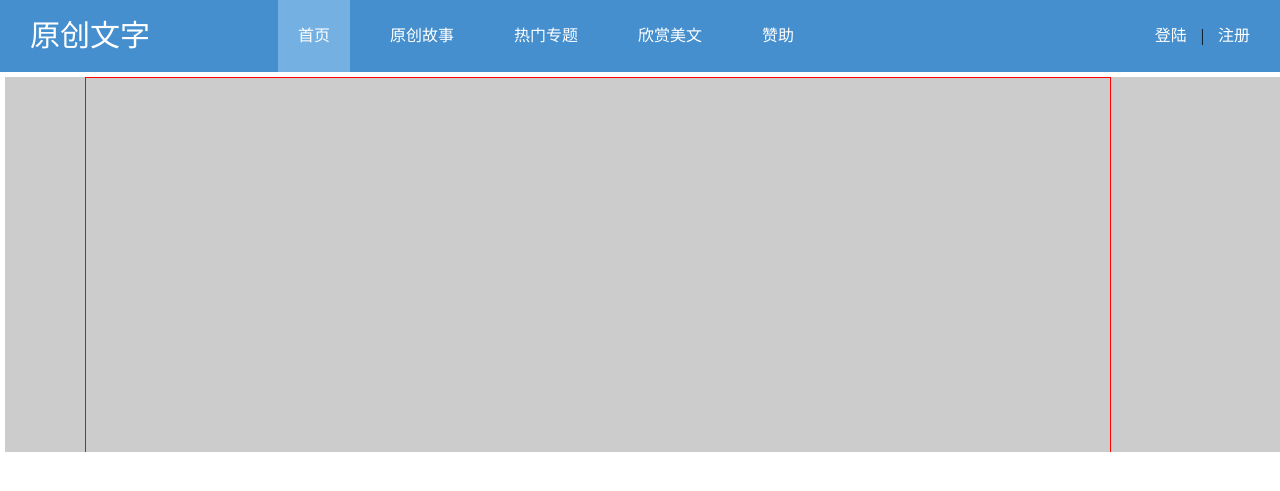
Repository: equation-zheng/Article
Page: http://localhost/Idles/index.jsp
An editor plug-in stored every save of this project. The page is shown before and after the next save, followed by the edit.
The browser window is 1280 px wide. The pictures show the whole page.
The page is served by Tomcat 9.

Above is the page before, as saved 2017-12-06 02:09:15.

After the next save:
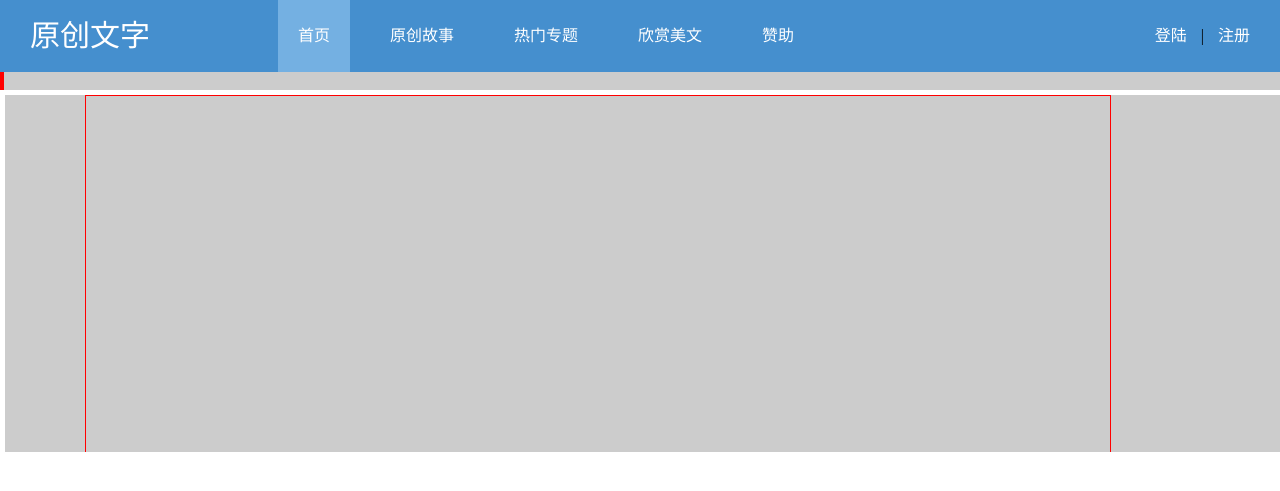
Saved 82 s later.
--- a/Service/apache-tomcat-7.0.82/Idles/WebContent/index.jsp
+++ b/Service/apache-tomcat-7.0.82/Idles/WebContent/index.jsp
@@ -76,6 +76,11 @@
 		border: solid 1px red;
 		margin-left: 80px;
 	}
+	.banner s {
+	width: 20px;
+	height: 20px;
+		border: solid 1px red;
+	}
 </style>
 <body>
 	<div class="header">

After the 3 saves that followed:
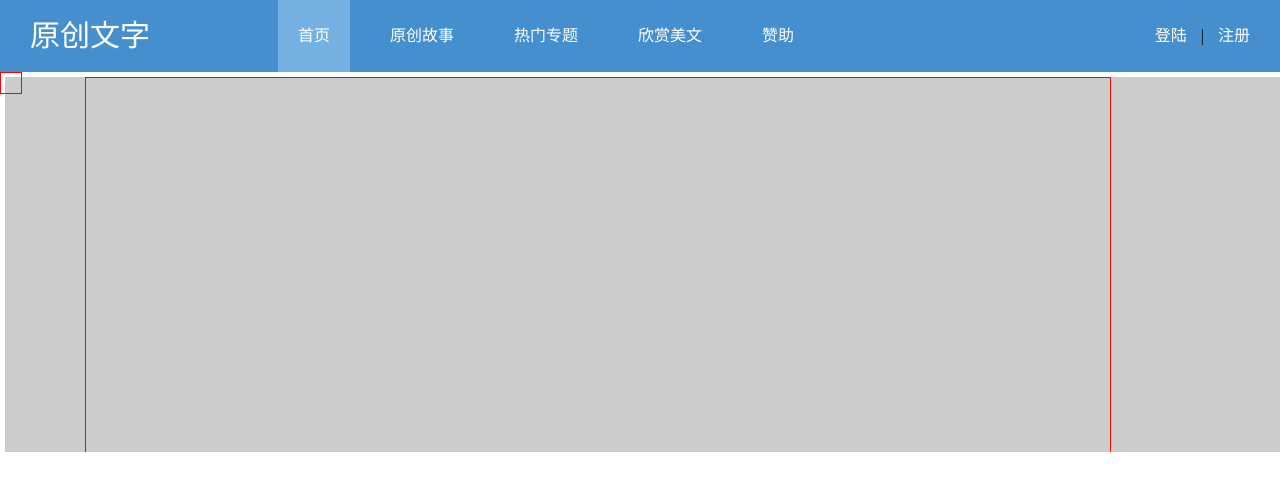
The 3 saves are shown as one change because 2 left the picture as it was.
The last was saved 112 s later.
--- a/Service/apache-tomcat-7.0.82/Idles/WebContent/index.jsp
+++ b/Service/apache-tomcat-7.0.82/Idles/WebContent/index.jsp
@@ -64,6 +64,7 @@
 		height: 380px;
 		overflow: hidden;
 		background: #ccc;
+		position: relative;
 	}
 	.banner ul {
 		height: 380px;
@@ -77,9 +78,10 @@
 		margin-left: 80px;
 	}
 	.banner s {
-	width: 20px;
-	height: 20px;
+		width: 20px;
+		height: 20px;
 		border: solid 1px red;
+		position: absolute;
 	}
 </style>
 <body>
